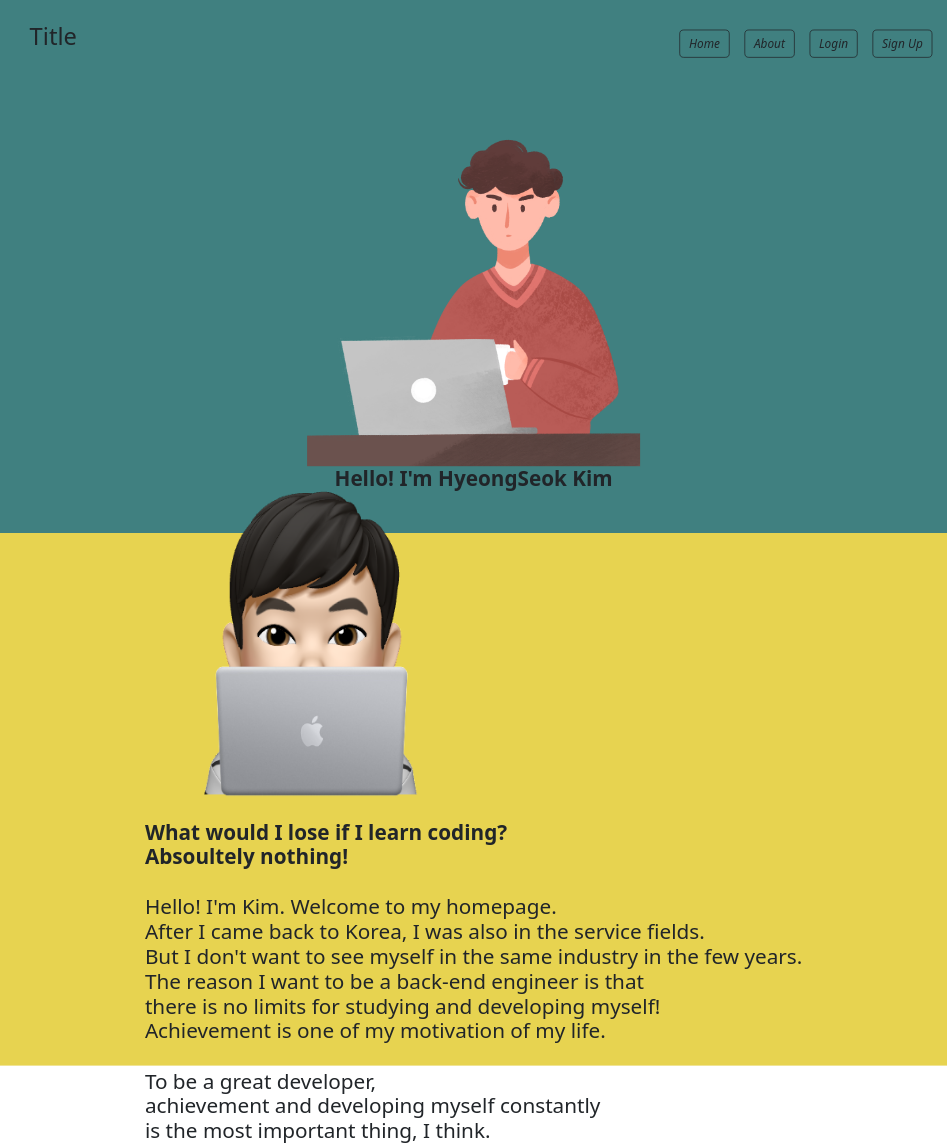
Repository: beruzz/ezen
Page: http://localhost/introduce/
These files come from the project's save history. The page is drawn as it stood at one moment and after the next save; the edit follows.
The browser window is 1280 px wide. The pictures show the whole page, at 74% of full size.
An inner scrolling area shows only its first screen. The page is served by Tomcat 9. The template is opened directly, without the code that normally fills it, so the values that code supplies are empty.

Above is the page before, as saved 2022-12-14 08:05:27.

After the next save:
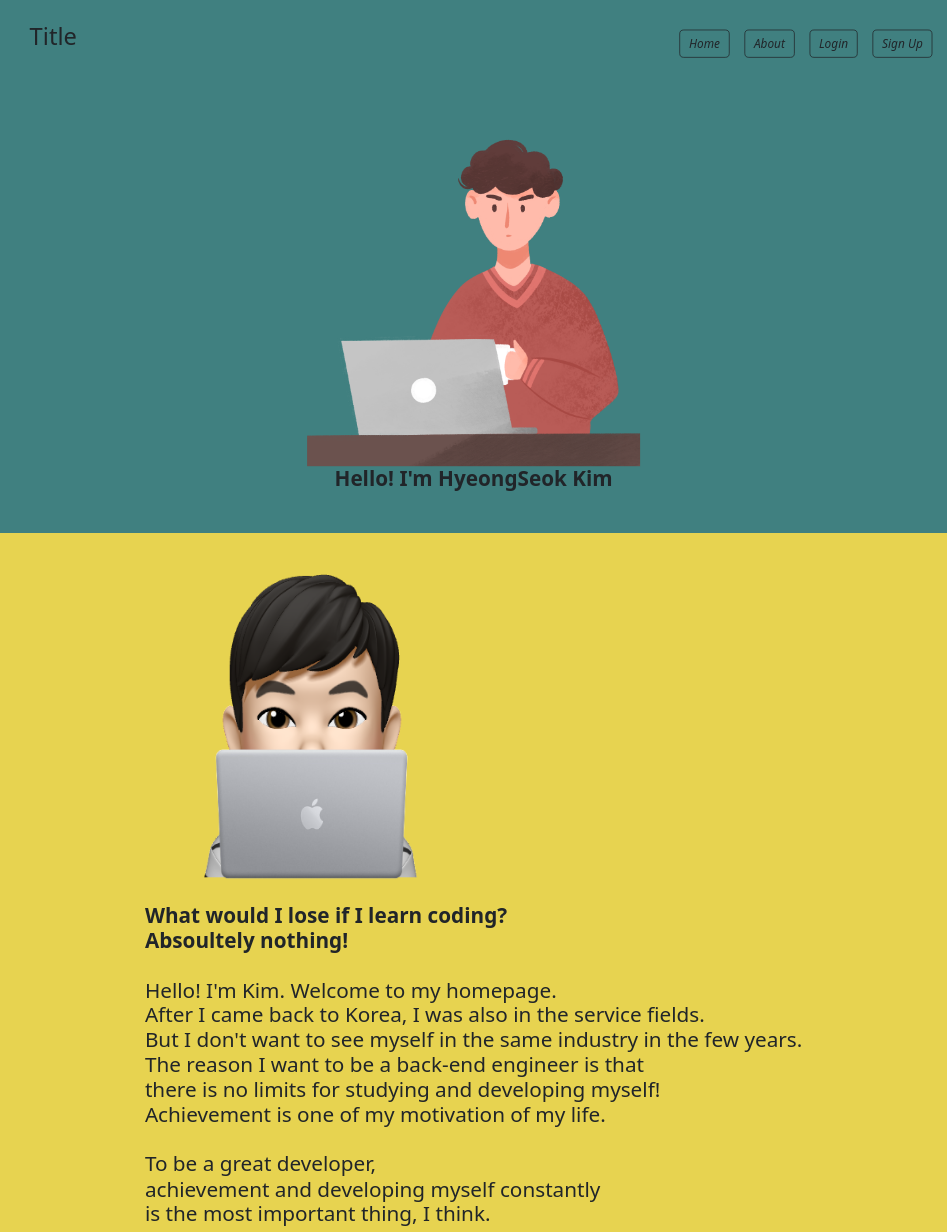
Saved 54 s later.
--- a/JSP_Board&Member/introduce/src/main/webapp/css/scroll.css
+++ b/JSP_Board&Member/introduce/src/main/webapp/css/scroll.css
@@ -7,14 +7,14 @@
     scroll-snap-type: y mandatory;
 }
 
-.list{
+/*.list{
     width:100%;
     height:100vh;
     display: flex;
     justify-content: center;
     align-items: center;
     scroll-snap-align: center;
-}
+}*/
 
 /* .list:nth-child(1){
     background-color: rgb(0, 0, 0);
